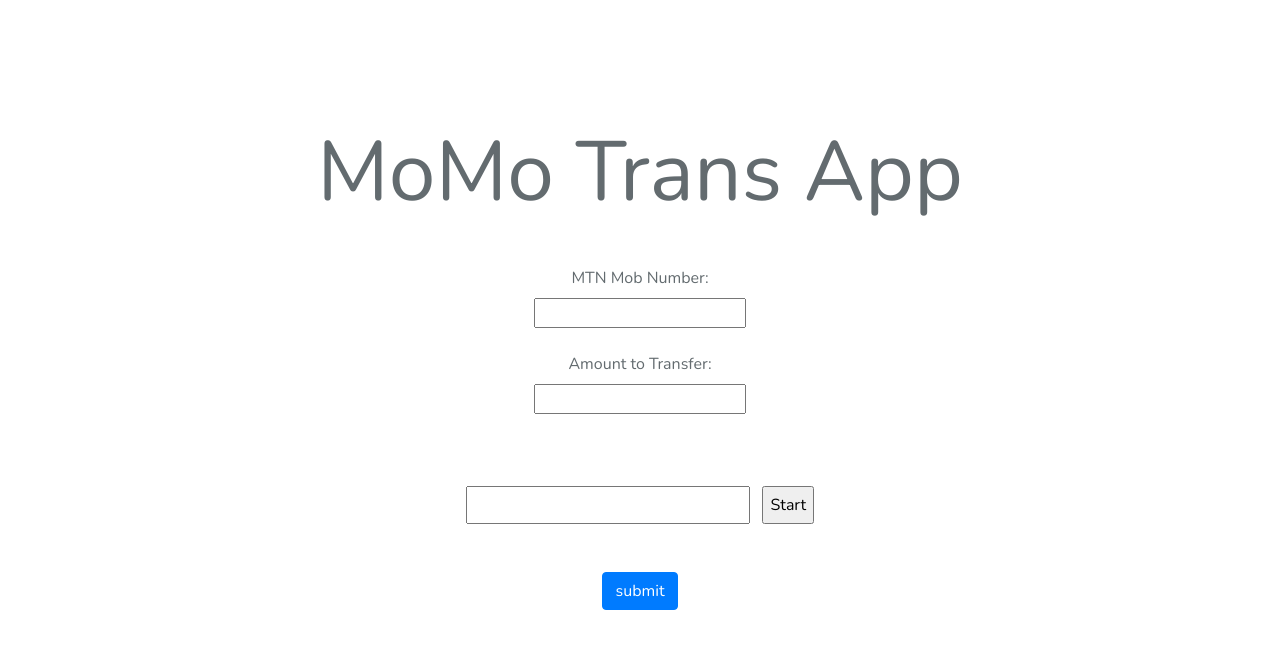
Repository: Vladmir-dev/Work
Page: http://localhost/
An editor plug-in stored every save of this project. The page is shown before and after a run of saves, followed by the edit.
The browser window is 1280 px wide. The pictures show the whole page.
The page is served by the project's Laravel application, run on PHP 8.4 with Laravel 8. Other server files are loaded and not shown.

Above is the page before, as saved 2021-02-13 11:51:28.

### MoMo_Trans/routes/web.php
<?php

use App\Http\Controllers\transactionsController;
use Illuminate\Support\Facades\Route;

/*
|--------------------------------------------------------------------------
| Web Routes
|--------------------------------------------------------------------------
|
| Here is where you can register web routes for your application. These
| routes are loaded by the RouteServiceProvider within a group which
| contains the "web" middleware group. Now create something great!
|
*/

Route::get('/', function () {
    return view('index');
});

Route::get('/send-money', function () {
    return view('sendMoney');
})->name('sendMoney');

Route::POST('paymomo', 'transactionsController@paymomo')->name('paymomo');

### MoMo_Trans/resources/views/Index.blade.php
<!DOCTYPE html>
<html lang="{{ str_replace('_', '-', app()->getLocale()) }}">

<head>
    <meta charset="utf-8">
    <meta name="viewport" content="width=device-width, initial-scale=1">
    <meta name="csrf-token" content="{{ csrf_token() }}">

    <title>Laravel</title>

    <!-- Fonts -->
    <script src="{{ asset('assets/js/jquery-3.2.1.js') }}"></script>
    <link href="https://fonts.googleapis.com/css2?family=Nunito:wght@200;600&display=swap" rel="stylesheet">
    <link rel="stylesheet" href="https://stackpath.bootstrapcdn.com/bootstrap/4.5.2/css/bootstrap.min.css">
    <script src="https://stackpath.bootstrapcdn.com/bootstrap/4.5.2/js/bootstrap.min.js"></script>
    <link href='{{ asset('assets/css/style.css') }}' rel='stylesheet' type='text/css'>
    <!-- Styles -->
    <style>
        html,
        body {
            background-color: #fff;
            color: #636b6f;
            font-family: 'Nunito', sans-serif;
            font-weight: 200;
            height: 100vh;
            margin: 0;
        }

        .full-height {
            height: 100vh;
        }

        .flex-center {
            align-items: center;
            display: flex;
            justify-content: center;
        }

        .position-ref {
            position: relative;
        }

        .top-right {
            position: absolute;
            right: 10px;
            top: 18px;
        }

        .content {
            text-align: center;
        }

        .title {
            font-size: 84px;
        }

        .links>a {
            color: #636b6f;
            padding: 0 25px;
            font-size: 13px;
            font-weight: 600;
            letter-spacing: .1rem;
            text-decoration: none;
            text-transform: uppercase;
        }

        .m-b-md {
            margin-bottom: 30px;
        }

    </style>




</head>

<body>
    <div class="flex-center position-ref full-height">
        @if (Route::has('login'))
            <div class="top-right links">
                @auth
                    <a href="{{ url('/home') }}">Home</a>
                @else
                    <a href="{{ route('login') }}">Login</a>

                    @if (Route::has('register'))
                        <a href="{{ route('register') }}">Register</a>
                    @endif
                @endauth
            </div>
        @endif

        <div class="content">
            <div class="title m-b-md">
                MoMo Trans App
            </div>

            <div class="links">
                <form id="myForm" name="myForm" action="{{ route('paymomo') }}" class="form-outer">
                    <label>MTN Mob Number:</label><br>
                    <input type="tel" name="momo_number" id="momo_number"> <br> <br>
                    <label>Amount to Transfer:</label><br>
                    <input type="number" name="momo_amount" id="momo_amount"> <br> <br>

                    <br><br>
                    <div class='search_container'>
                        <!-- Search box-->
                        <input type='text' id='speechText' name="amount"> &nbsp;
                        <input type='button' id='start' value='Start' onclick='startRecording();'>
                    </div>
                    <br><br>

                    <input type="submit" value="submit" class="btn btn-primary">
                </form>
            </div>


        </div>
    </div>
</body>

<script type='text/javascript'>
    var recognition = new webkitSpeechRecognition();

    recognition.onresult = function(event) {
        // console.log('result');
        var saidText = "";
        for (var i = event.resultIndex; i < event.results.length; i++) {
            if (event.results[i].isFinal) {
                saidText = event.results[i][0].transcript;
            } else {
                saidText += event.results[i][0].transcript;
            }
        }

        document.getElementById('speechText').value = saidText;
        saveSaid = saidText;
    }

    const speakout = new SpeechSynthesisUtterance(
        'Hey... Welcome back to MoMo Trans App. ... If you want to transfer money say . One, .. If you want to check your account balance say . Two'
    );

    speakout.rate = 0.8;
    speechSynthesis.speak(speakout)
    speakout.onend = function() {
        var listenAudio = new Audio('http://127.0.0.1:8000/assets/audio/listening.mp3');
        listenAudio.play();
        setTimeout(function() {
            recognition.start();
            setTimeout(function() {
                recognition.onend = function() {
                    var listenAudio1 = new Audio(
                        'http://127.0.0.1:8000/assets/audio/listening.mp3');
                    listenAudio1.play();
                };

                setTimeout(function() {
                    var amount = document.getElementById('speechText').value;
                    var conv_amount = parseFloat(amount);
                    if (conv_amount === 1 || conv_amount === 'one') {
                        // console.log('its a one/1 selected');
                        window.location = "{{ route('sendMoney') }}";
                    } else if (conv_amount === 2 || conv_amount === 'two') {
                        console.log('its a two/2 selected');
                    } else {
                        // console.log('Invalid Selection');
                        const speak_invalid = new SpeechSynthesisUtterance(
                            'Invalid Selection!'
                        );

                        speak_invalid.rate = 0.8;
                        speechSynthesis.speak(speak_invalid)
                        speak_invalid.onend = function() {
                            setTimeout(function() {
                                // location.reload();
                            }), 2900;
                        }
                    }

                }, 2700);



            }, 2600);
        }, 1000);

    };


</script>

</html>

### MoMo_Trans/public/assets/css/style.css
.search_container{
    margin: 0 auto;
    width: 55%;
}

.search_container #speechText{
    width: 80%;
    padding-top: 5px;
    padding-bottom: 5px;
}

.search_container #start{
    padding-top: 5px;
    padding-bottom: 5px;
}

.container{
    width: 55%;
    margin: 0 auto;
    border: 0px solid black;
    padding: 10px 0px;
}

/* post */
.post{
    width: 97%;
    min-height: 200px;
    padding: 5px;
    border: 1px solid gray;
    margin-bottom: 15px;
}

.post h1{
    letter-spacing: 1px;
    font-weight: normal;
    font-family: sans-serif;
}


.post p{
    letter-spacing: 1px;
    text-overflow: ellipsis;
    line-height: 25px;
}

/* more link */
.more{
    color: blue;
    text-decoration: none;
    letter-spacing: 1px;
    font-size: 16px;
}

Loaded but not shown: MoMo_Trans/public/assets/js/jquery-3.2.1.js (library)

After the next 5 saves:
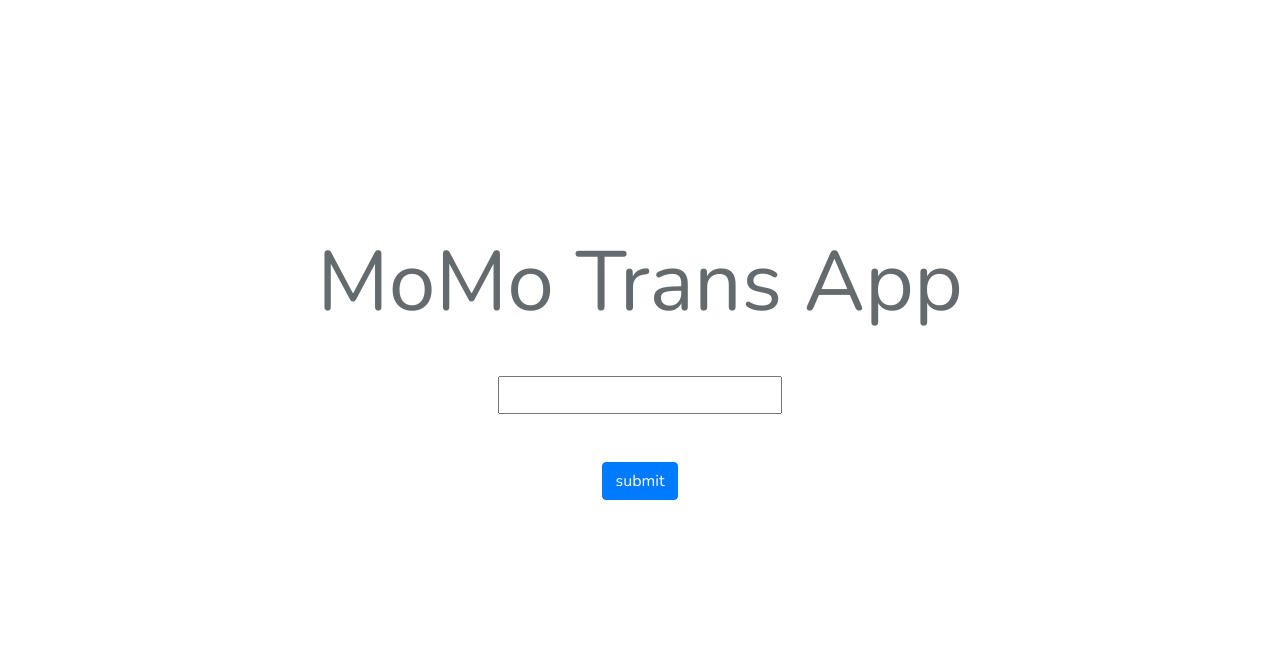
The 5 saves are shown as one change because they came seconds apart.
The last was saved 21 s later.
--- a/MoMo_Trans/resources/views/Index.blade.php
+++ b/MoMo_Trans/resources/views/Index.blade.php
@@ -98,16 +98,8 @@
 
             <div class="links">
                 <form id="myForm" name="myForm" action="{{ route('paymomo') }}" class="form-outer">
-                    <label>MTN Mob Number:</label><br>
-                    <input type="tel" name="momo_number" id="momo_number"> <br> <br>
-                    <label>Amount to Transfer:</label><br>
-                    <input type="number" name="momo_amount" id="momo_amount"> <br> <br>
-
-                    <br><br>
                     <div class='search_container'>
-                        <!-- Search box-->
-                        <input type='text' id='speechText' name="amount"> &nbsp;
-                        <input type='button' id='start' value='Start' onclick='startRecording();'>
+                        <input type='text' id='speechText' name="amount">
                     </div>
                     <br><br>
 
